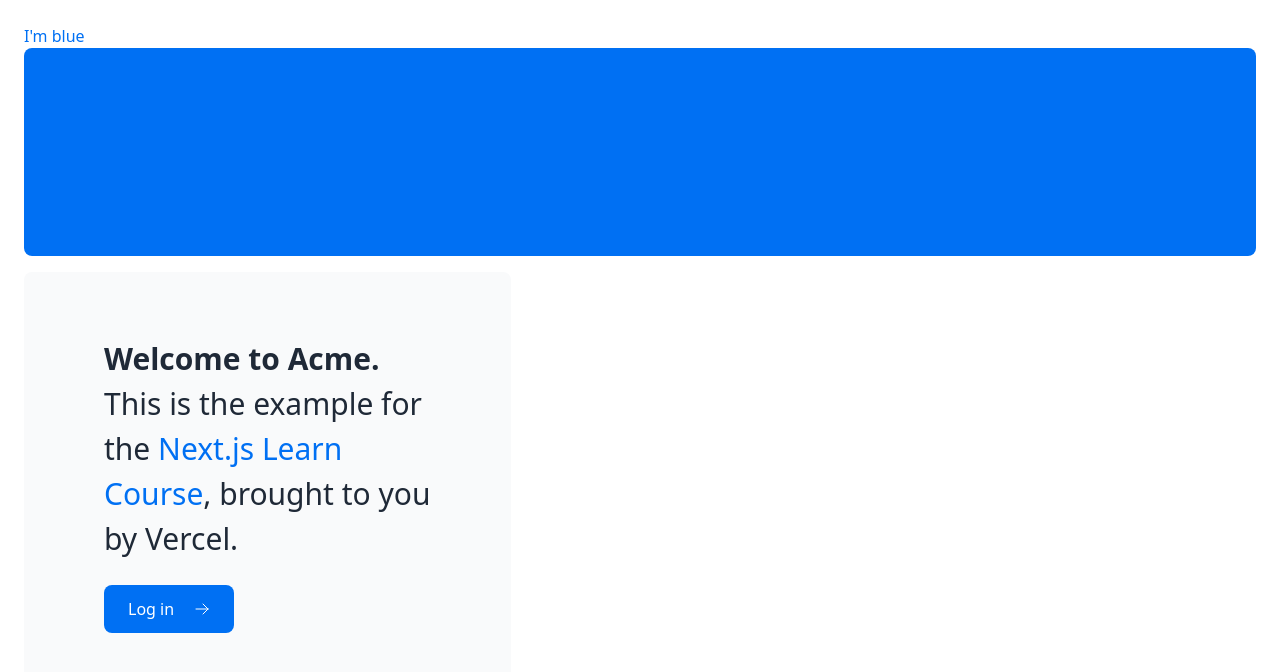
Repository: lokinell/nextjs-dashboard
Page: /
The author's editor kept a copy of each file at every save. The page is drawn from the files as they stood at one save, then again after a run of saves.
The browser window is 1280 px wide. The pictures show the whole page.
The project was rebuilt for these pictures with package versions that can differ from the ones it lists, and the page was loaded fresh each time. The framework's server and built-in components were replaced by stand-ins that run in the browser. Also part of the build but not shown: next.config.js.

Above is the page before, as saved 2024-03-11 23:44:15.

After the next 2 saves:
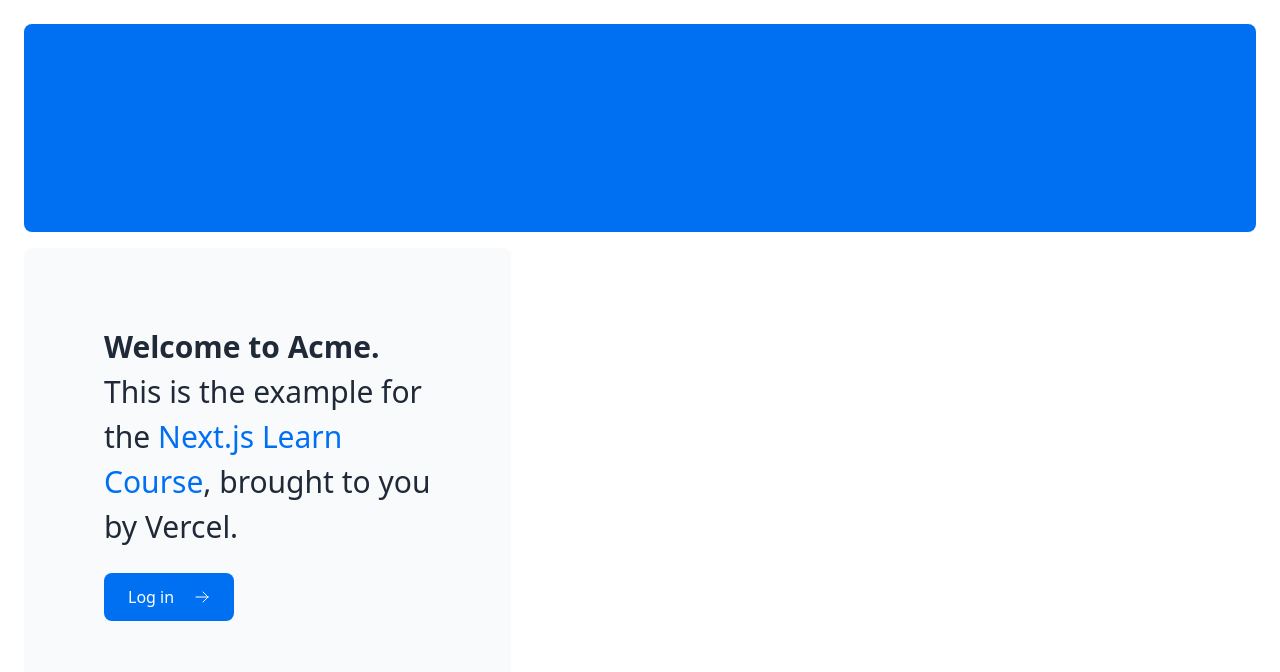
The 2 saves are shown as one change because they came seconds apart.
The last was saved 22 s later.
--- a/app/page.tsx
+++ b/app/page.tsx
@@ -5,7 +5,6 @@
 export default function Page() {
   return (
     <main className="flex min-h-screen flex-col p-6">
-    <h1 className="text-blue-500">I'm blue</h1>
       <div className="flex h-20 shrink-0 items-end rounded-lg bg-blue-500 md:h-52">
         {/* <AcmeLogo /> */}
       </div>
